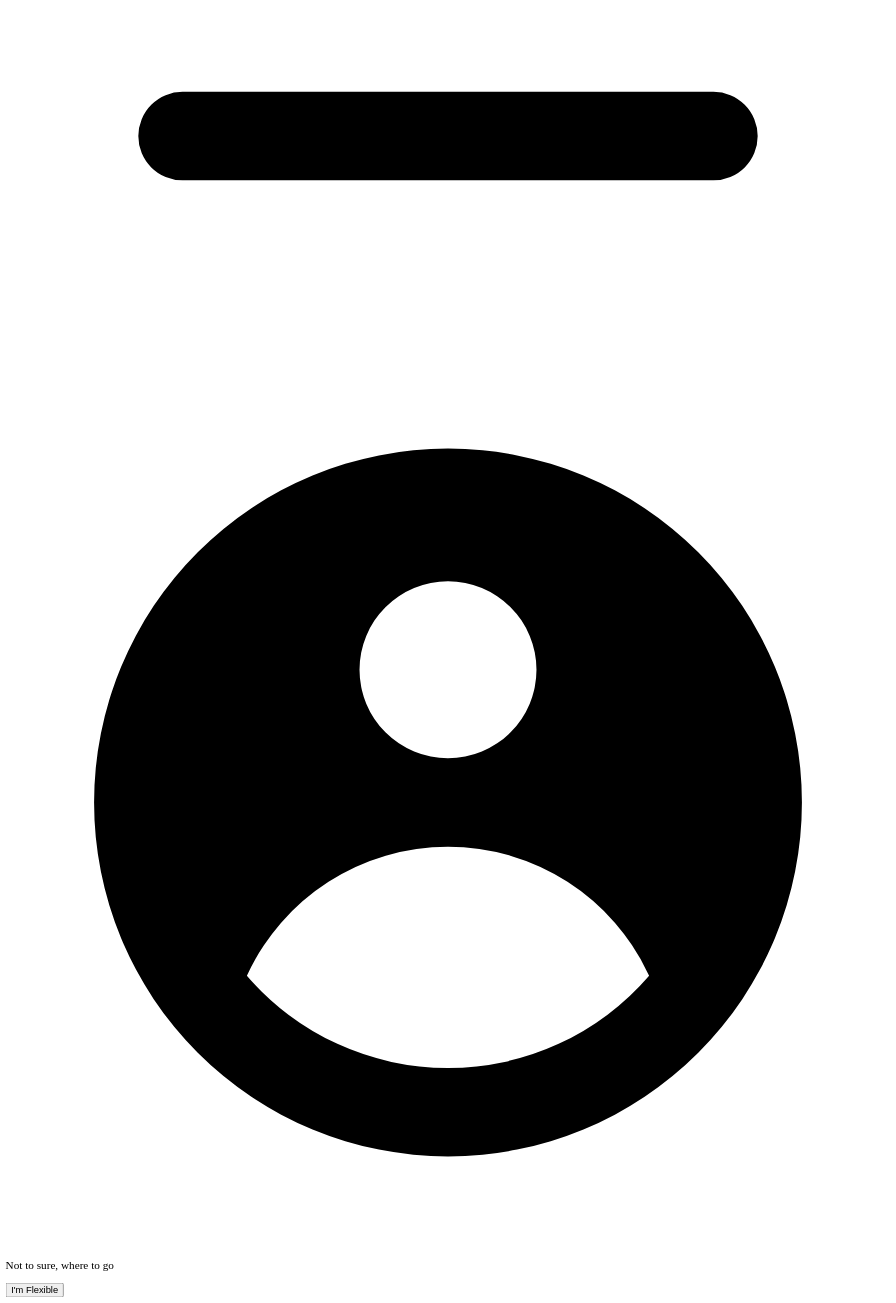
Repository: ahmadsaadkhan/Airbn-demo
Page: /
These files come from the project's save history. The page is drawn as it stood at one moment and after the next save; the edit follows.
The browser window is 1280 px wide. The pictures show the part of the page from y = 3369 to 5289 px (the page is 5230 px tall before and 5289 px after), at 70% of full size.
The project was rebuilt for these pictures with package versions that can differ from the ones it lists, and the page was loaded fresh each time. The framework's server and built-in components were replaced by stand-ins that run in the browser. Also part of the build but not shown: next.config.js.

Above is the page before, as saved 2021-08-06 18:26:54.

### pages/index.js
import Head from 'next/head'
import Banner from '../Components/Banner'
import Header from '../Components/Header'

export default function Home() {
  return (
    <div className="">
      <Head>
        <title>Air Bnb Clone</title>
        <link rel="icon" href="/favicon.ico" />
      </Head>
      <Header />
      <Banner />
    </div>
  )
}

### Components/Banner.js
import Image from 'next/image'

const Banner = () => {
    return (
        <div className="relative h-[300px] sm:h-[400px] lg:h-[500px] xl:h-[600] 2xl:h-[700px]">
            <Image
            src="https://links.papareact.com/0fm"
            layout="fill"
            objectFit="cover"
            />
            <div className="absolute top-1/2 w-full text-center">
                <p className="text-sm sm:text-lg">Not to sure, where to go</p>
                <button className="text-purple-500 bg-white px-10 py-4 shadow-md rounded-full font-bold my-3 hover:shadow-xl active:scale-90 transition duration-150">I'm Flexible</button>
            </div>
        </div>
    );
}

export default Banner;

### Components/Header.js
import Image from "next/image";
import  { SearchIcon, GlobeAltIcon, MenuIcon, UserCircleIcon, UserIcon } from '@heroicons/react/solid'

const Header = () => {
    return (
        <header className="sticky top-0 z-50 grid grid-cols-3 bg-white shadow-md p-5 md:px-10">
            <div className="relative flex items-center h-10 cursor-pointer">
                <Image
                src="https://links.papareact.com/qd3"
                layout="fill"
                objectFit="contain"
                objectPosition="left"
                />
            </div>
            <div className="flex items-center md:border-2 rounded-full py-2 md:shadow-sm">
                <input className="flex-grow pl-5 bg-transparent outline-none text-sm text-gray-600 placeholder-gray-400" type="text" placeholder="Search" />
                <SearchIcon className="hidden md:inline-flex h-8 bg-red-400 text-white rounded-full p-2 cursor-pointer md:mx-2"/>
            </div>
            <div className="flex items-center justify-end text-gray-500 space-x-4">
                <p className="hidden md:inline cursor-pointer">Became a host</p>
                <GlobeAltIcon className="h-6 cursor-pointer"/>
                <div className="flex items-center space-x-2 border-2 p-2 rounded-full">
                    <MenuIcon className="h-6" />
                    <UserCircleIcon className="h-6" />
                </div>
            </div>
        </header>
     );
}

export default Header;

Loaded but not shown: pages/_app.js (common file)

After the next save:
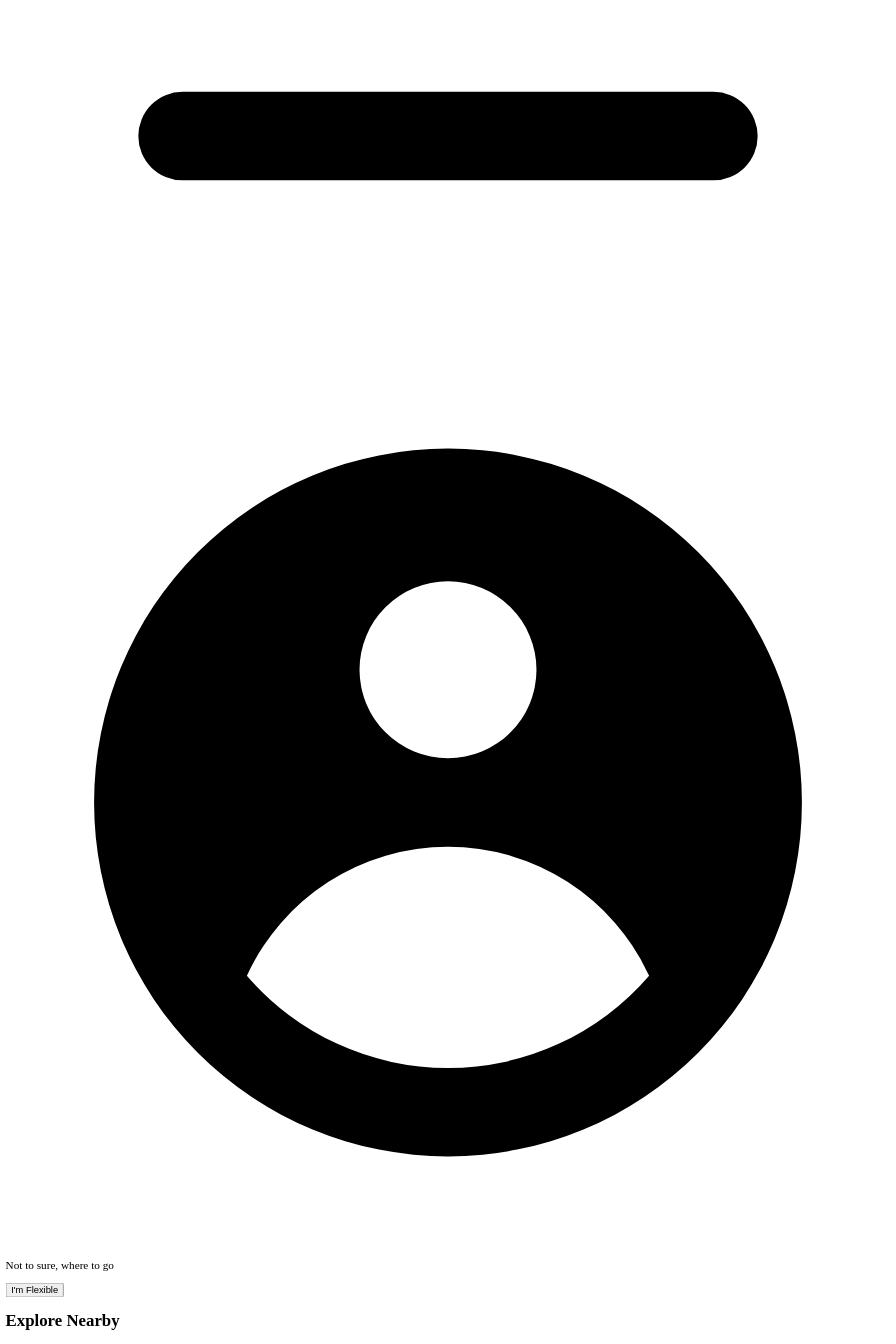
Saved 16 h 46 min later.
--- a/pages/index.js
+++ b/pages/index.js
@@ -11,6 +11,12 @@ export default function Home() {
       </Head>
       <Header />
       <Banner />
+      <main>
+        <section>
+          <h2 className="text-4xl">Explore Nearby</h2>
+
+        </section>
+      </main>
     </div>
   )
 }
